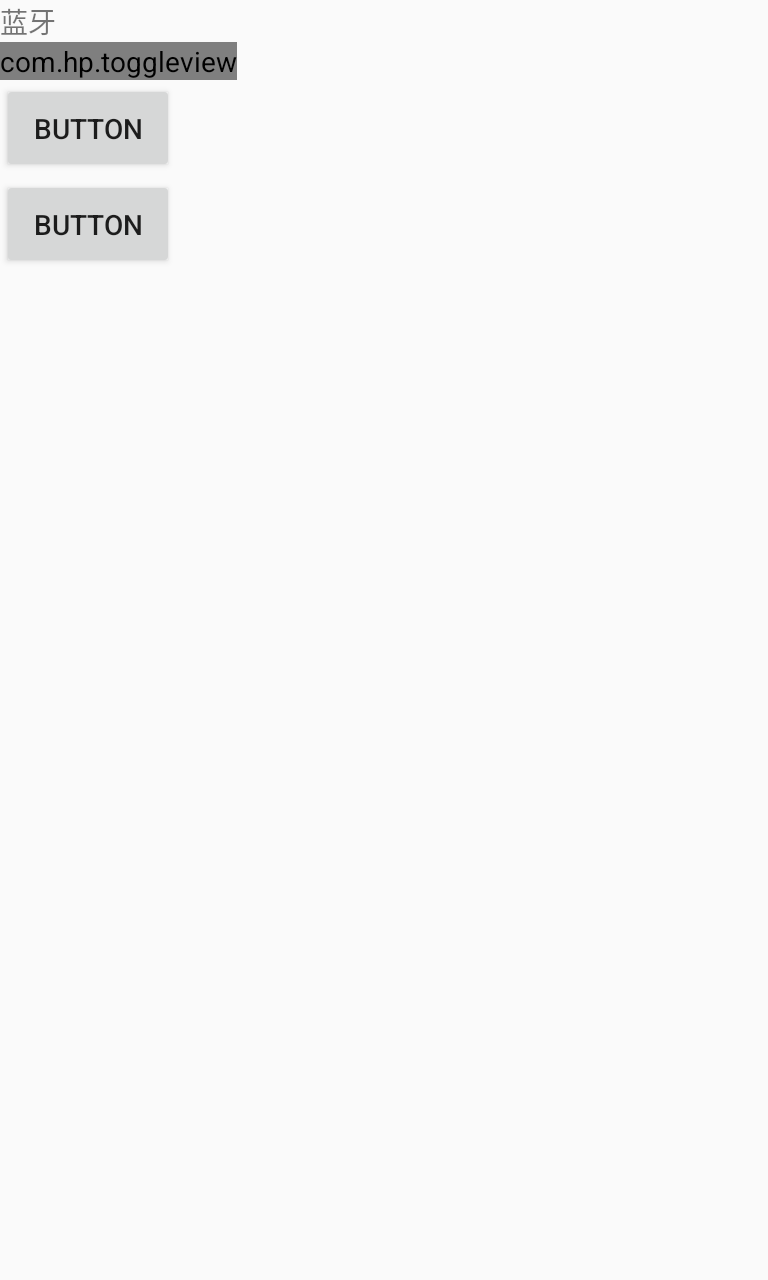
Repository: mimimy/MassagePro
Layout: BLE-Version/MassageTool/res/layout/activity_blooth.xml
These files come from the project's save history. The layout is drawn as it stood at one moment and after the next save; the edit follows.
Pictures or frames that could not be fetched are drawn as grey boxes. It is drawn on a 768 x 1280 px phone screen (xhdpi) without system bars, with theme AppTheme; the app's code is not run.

Above is the layout before, as saved 2018-07-26 15:05:36.

### BLE-Version/MassageTool/res/layout/activity_blooth.xml
<LinearLayout xmlns:android="http://schemas.android.com/apk/res/android"
    xmlns:tools="http://schemas.android.com/tools"
    android:layout_width="fill_parent"
    android:layout_height="fill_parent"
    android:orientation="vertical">

	    <TextView
	        android:layout_width="wrap_content"
	        android:layout_height="wrap_content"
	        android:text="蓝牙"/>
	    <com.hp.toggleview
		    android:id="@+id/toggleView"
	        android:layout_width="wrap_content"
	        android:layout_height="wrap_content"/>

	<LinearLayout
	    android:layout_width="match_parent"
	    android:layout_height="wrap_content"
	    android:orientation="vertical">

		<Button
		    android:id="@+id/button1"
		    android:layout_width="wrap_content"
		    android:layout_height="wrap_content"
		    android:text="Button" />

		<Button
		    android:id="@+id/button2"
		    android:layout_width="wrap_content"
		    android:layout_height="wrap_content"
		    android:text="Button" />

	</LinearLayout>

</LinearLayout>

Loaded but not shown: BLE-Version/MassageTool/res/values/styles.xml (common file); BLE-Version/MassageTool/res/values-v11/styles.xml (common file); BLE-Version/MassageTool/res/values-v14/styles.xml (common file)

After the next save:
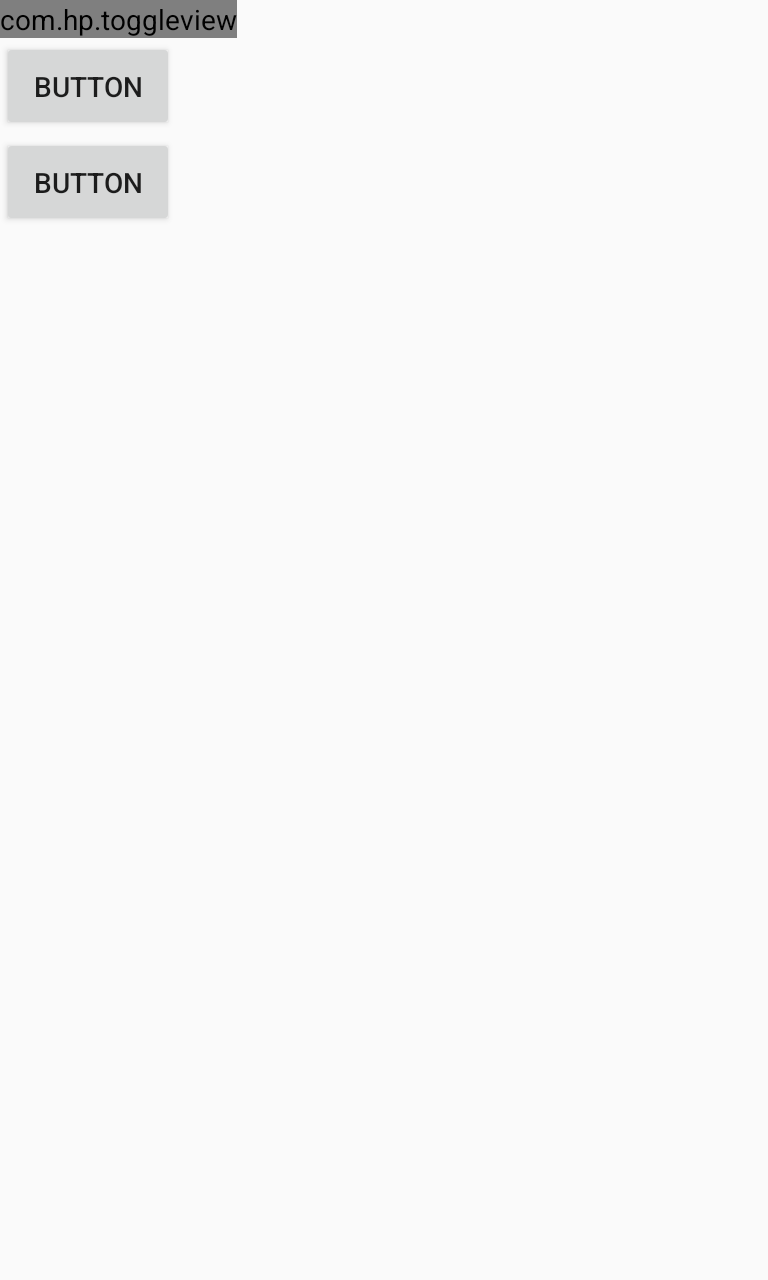
Saved 10 s later.
--- a/BLE-Version/MassageTool/res/layout/activity_blooth.xml
+++ b/BLE-Version/MassageTool/res/layout/activity_blooth.xml
@@ -4,10 +4,7 @@
     android:layout_height="fill_parent"
     android:orientation="vertical">
 
-	    <TextView
-	        android:layout_width="wrap_content"
-	        android:layout_height="wrap_content"
-	        android:text="蓝牙"/>
+
 	    <com.hp.toggleview
 		    android:id="@+id/toggleView"
 	        android:layout_width="wrap_content"
